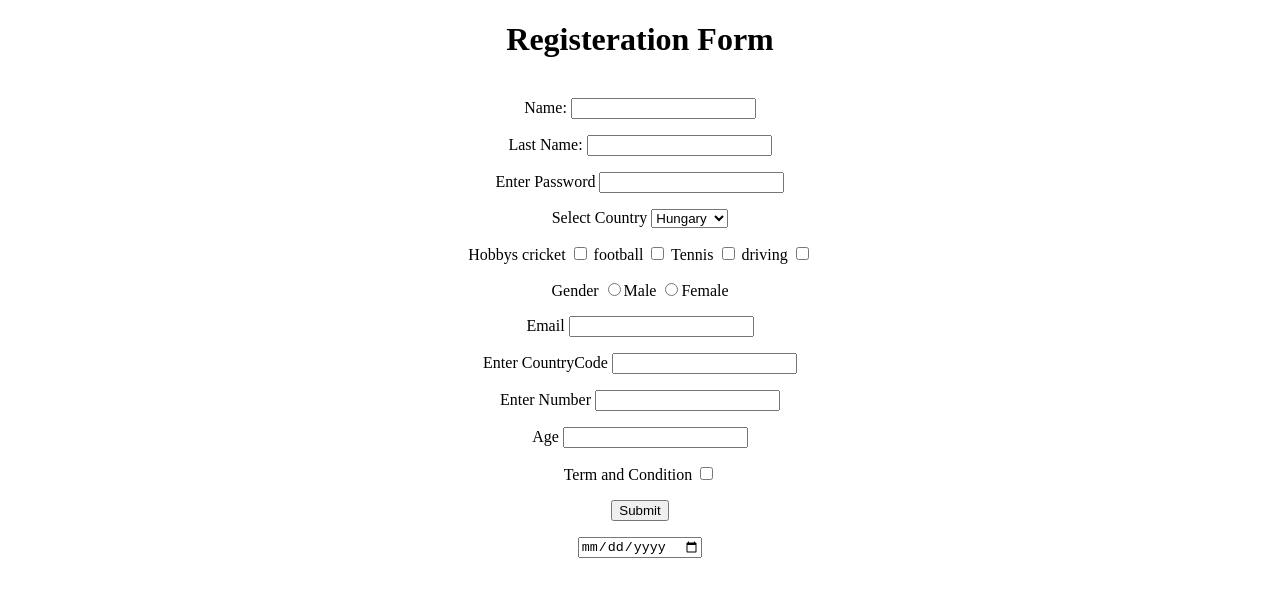
Repository: DevKhanHassam/SpringMvc
Page: http://localhost/formPractice/WEB-INF/views/form.jsp
The author's editor kept a copy of each file at every save. The page is drawn from the files as they stood at one save, then again after the next save.
The browser window is 1280 px wide. The pictures show the whole page.
The page is served by Tomcat 9. Nobody is signed in. The template is opened directly, without the code that normally fills it, so the values that code supplies are empty.

Above is the page before, as saved 2024-05-20 16:46:03.

After the next save:
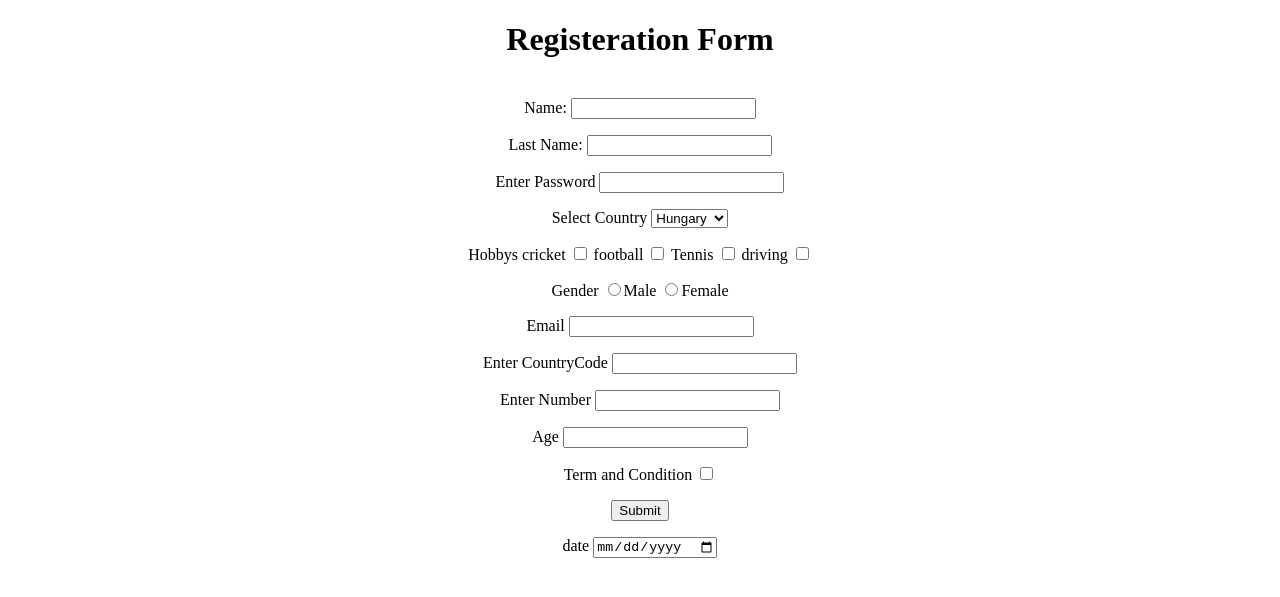
Saved 6 s later.
--- a/formPractice/src/main/webapp/WEB-INF/views/form.jsp
+++ b/formPractice/src/main/webapp/WEB-INF/views/form.jsp
@@ -102,7 +102,7 @@
 				<input type="submit">
 		</form:form>
 			<form action="">
-
+			<label>date</label>
 			<input type="date">
 			</form>
 	</div>
